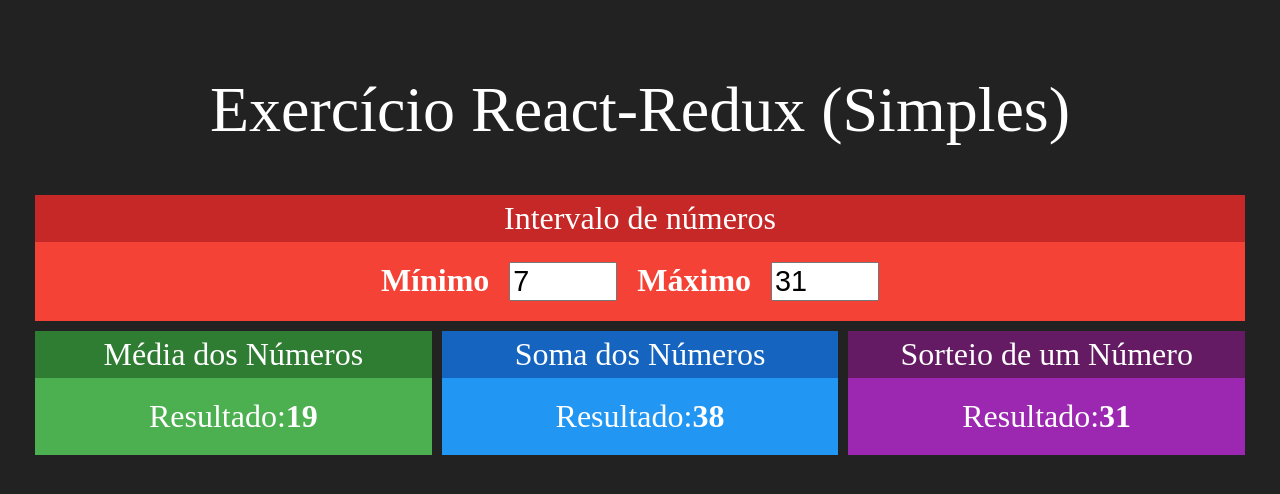
Repository: wellingtondevops/redux-simples
Page: /
An editor plug-in stored every save of this project. The page is shown before and after the next save, followed by the edit.
The browser window is 1280 px wide. The pictures show the whole page.
The project was rebuilt for these pictures with package versions that can differ from the ones it lists, and the page was loaded fresh each time.

Above is the page before, as saved 2020-05-12 11:22:44.

### public/index.html
<!DOCTYPE html>
<html lang="en">
  <head>
    <meta charset="utf-8" />
    <link rel="icon" href="%PUBLIC_URL%/favicon.ico" />
    <meta name="viewport" content="width=device-width, initial-scale=1" />
    <meta name="theme-color" content="#000000" />
    <meta
      name="description"
      content="Web site created using create-react-app"
    />
    <link rel="apple-touch-icon" href="%PUBLIC_URL%/logo192.png" />
    <!--
      manifest.json provides metadata used when your web app is installed on a
      user's mobile device or desktop. See https://developers.google.com/web/fundamentals/web-app-manifest/
    -->
    <link rel="manifest" href="%PUBLIC_URL%/manifest.json" />
    <!--
      Notice the use of %PUBLIC_URL% in the tags above.
      It will be replaced with the URL of the `public` folder during the build.
      Only files inside the `public` folder can be referenced from the HTML.

      Unlike "/favicon.ico" or "favicon.ico", "%PUBLIC_URL%/favicon.ico" will
      work correctly both with client-side routing and a non-root public URL.
      Learn how to configure a non-root public URL by running `npm run build`.
    -->
    <title>Exercicio React-Redux</title>
  </head>
  <body>
    <noscript>You need to enable JavaScript to run this app.</noscript>
    <div id="root"></div>
    <!--
      This HTML file is a template.
      If you open it directly in the browser, you will see an empty page.

      You can add webfonts, meta tags, or analytics to this file.
      The build step will place the bundled scripts into the <body> tag.

      To begin the development, run `npm start` or `yarn start`.
      To create a production bundle, use `npm run build` or `yarn build`.
    -->
  </body>
</html>

### src/index.js
import React from 'react';
import ReactDOM from 'react-dom';
import './index.css';
import App from './App';
import * as serviceWorker from './serviceWorker';

import { Provider } from 'react-redux'
import configStore from './store/storeConfig'


const store = configStore()

ReactDOM.render(
  <Provider store={store}>
    <React.StrictMode>
      <App />
    </React.StrictMode>
  </Provider>,
  document.getElementById('root')
);

// If you want your app to work offline and load faster, you can change
// unregister() to register() below. Note this comes with some pitfalls.
// Learn more about service workers: https://bit.ly/CRA-PWA
serviceWorker.unregister();

### src/index.css
body {
  background-color: #222;
  font-size: 2rem;
  font-family: Oswald;
  color: #FFF;
  margin: 30px;

}

### src/App.js
import React from 'react';
import './App.css';
import Intervalo from './components/Intervalo'
import Media from './components/Media'
import Soma from './components/Soma'
import Sorteio from './components/Sorteio'


function App() {

  return (
    <div className="App">
      <h1>Exercício React-Redux (Simples)</h1>
      <div className="linha">
        <Intervalo></Intervalo>
      </div>
      <div className="linha">
        <Media ></Media>
        <Soma ></Soma>
        <Sorteio></Sorteio>
      </div>
    </div>
  );
}

export default App;

### src/store/storeConfig.js
import { createStore, combineReducers} from 'redux'

const reducers = combineReducers({
    numeros: function(state, action) {
        console.log(state, ' ', action)
        return {
            min: 7,
            max: 31
        }
    }, nomes: function(state, action){
        console.log(state, ' ', action)
        return [
            'Ana',
            'Bia',
            'Carlos'
        ]

    }
})

function storeConfig(){
    return createStore(reducers)
}

export default storeConfig

### src/App.css
.App {
  display: flex;
  flex-direction: column;
  text-align: center;
}

h1 {
  font-weight: 200;
}
.linha{
  display: flex;
}

### src/components/Intervalo.jsx
import './Intervalo.css'
import React from 'react'
import { connect} from 'react-redux'
import Card from './Card'
import { alterNumeroMinimo} from '../store/actions/numeros'

function Intervalo(props) {

    const {min,max} = props
    props.alterarMinimo(10000)

    return (
        <Card title="Intervalo de números" Red>

            <div className="Intervalo">
                <span>
                    <strong>Mínimo</strong>
                    <input type="number" value={min} readOnly />
                </span>
                <span>
                    <strong>Máximo</strong>
                    <input type="number" value={max} readOnly/>
                </span>
            </div>
        </Card>
    )

}

function mapStateToProps(state){
    return {
        min: state.numeros.min,
        max: state.numeros.max
    }
}

function mapActionCreatorsToProp(dispatch){
    return {
        alterarMinimo(novoNumero){
            const action = alterNumeroMinimo(novoNumero)
            dispatch(action)
        }
    }
}

export default connect(mapStateToProps, mapActionCreatorsToProp)(Intervalo)

### src/components/Media.jsx

import React from 'react'
import { connect } from 'react-redux'
import Card from './Card'

function Media(props) {

    const { min, max } = props

    return (
        <Card title="Média dos Números" Green>
            <div>
                <span>
                    <span>Resultado:</span>
                    <strong>{(max + min) / 2}</strong>
                </span>
            </div>
        </Card>
    )
}

function mapStateToProps(state) {
    return {
        min: state.numeros.min,
        max: state.numeros.max
    }
}

export default connect(mapStateToProps)(Media)

### src/components/Soma.jsx

import React from 'react'
import { connect } from 'react-redux'
import Card from './Card'

function Soma(props) {

    const { min, max } = props


    return (
        <Card title="Soma dos Números" Blue>
            <div>
                <span>
                    <span>Resultado:</span>
                    <strong>{min + max}</strong>
                </span>
            </div>
        </Card>
    )

}

function mapStateToProps(state) {
    return {
        min: state.numeros.min,
        max: state.numeros.max
    }
}

export default connect(mapStateToProps)(Soma)

### src/components/Sorteio.jsx

import React from 'react'
import { connect} from 'react-redux'
import Card from './Card'

function Sorteio(props){

    const {min,max} = props
    const aleatório = parseInt(Math.random() * (max + min)) + min

    return (
        <Card title="Sorteio de um Número" Purple>
            <div>
                <span>
                    <span>Resultado:</span>
                    <strong>{aleatório}</strong>
                </span>
            </div>
        </Card>
    )

}

function mapStateToProps(state){
    return {
        min: state.numeros.min,
        max: state.numeros.max
    }
}

export default connect(mapStateToProps)(Sorteio)

### src/components/Intervalo.css
.Intervalo input{
    font-size: 1.8rem;
    margin-left: 20px;
    margin-right: 20px;
    width: 100px;
}

### src/components/Card.jsx
import './Card.css'
import React from 'react'


function getColor(props){

    if(props.Red) return "Red"
    if(props.Green) return "Green"
    if(props.Blue) return "Blue"
    if(props.Purple) return "Purple"
    return ""

}


export default props => {
    return (
        <div className={`Card ${getColor(props)}`}>
            <div className="Header">
                <span className="Title">{props.title}</span>
            </div>
            <div className="Content">
                {props.children}
            </div>
        </div>
    )
}

### src/store/actions/numeros.js
export function alterNumeroMinimo(novoNumero) {
    return {
        type: 'NUM_MIN_ALTERADO',
        payload: novoNumero
    }
}

### src/components/Card.css
.Card{
    flex:1;
    display: flex;
    flex-direction: column;
    margin: 5px;

}

.Card .Header {
    display: flex;
    justify-content: center;

}

.Card .Header .Title {
    flex:1;
    padding: 5px;

}

.Card .Content{
    padding: 20px;
}

.Card.Red .Header{color:#FFF; background-color: #c62828;}
.Card.Red .Content{background-color: #f44336;}


.Card.Green .Header{color:#FFF; background-color: #2e7d32;}
.Card.Green .Content{background-color: #4caf50;}

.Card.Blue .Header{color:#FFF; background-color: #1565c0;}
.Card.Blue .Content{background-color: #2196f3;}

.Card.Purple .Header{color:#FFF; background-color: #641b64;}
.Card.Purple .Content{background-color: #9c27b0;}

Loaded but not shown: src/serviceWorker.js (common file)

After the next save:
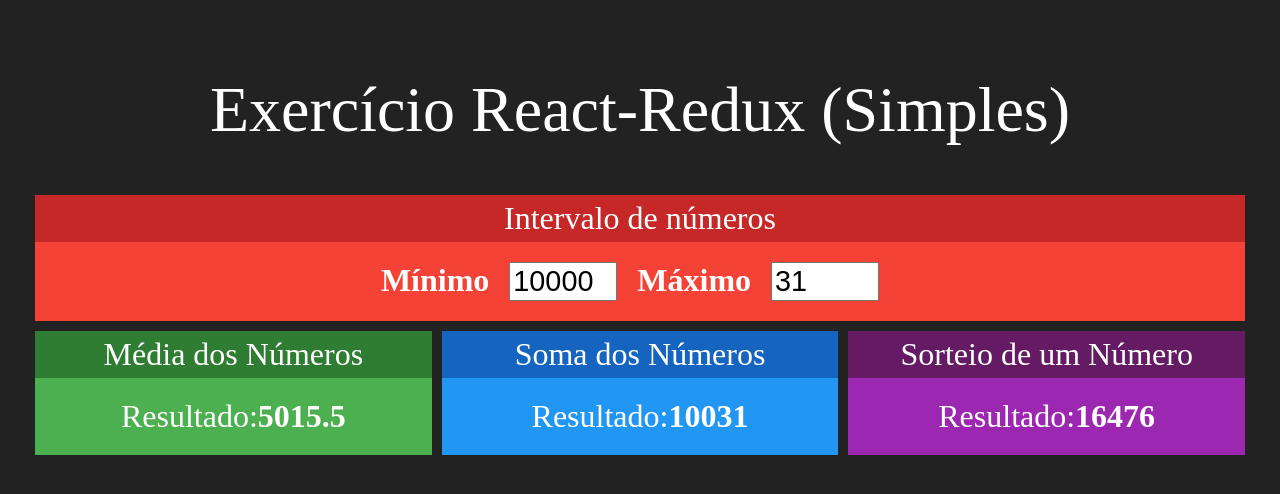
Saved 3 min 49 s later.
--- a/src/store/storeConfig.js
+++ b/src/store/storeConfig.js
@@ -1,13 +1,24 @@
-import { createStore, combineReducers} from 'redux'
+import { createStore, combineReducers } from 'redux'
 
 const reducers = combineReducers({
-    numeros: function(state, action) {
+    numeros: function (state, action) {
         console.log(state, ' ', action)
-        return {
-            min: 7,
-            max: 31
+
+        switch (action.type) {
+            case 'NUM_MIN_ALTERADO':
+                return {
+                    ...state,
+                    min: action.payload
+                }
+            default:
+
+                return {
+                    min: 7,
+                    max: 31
+                }
         }
-    }, nomes: function(state, action){
+
+    }, nomes: function (state, action) {
         console.log(state, ' ', action)
         return [
             'Ana',
@@ -18,7 +29,7 @@ const reducers = combineReducers({
     }
 })
 
-function storeConfig(){
+function storeConfig() {
     return createStore(reducers)
 }
 

After the save that followed:
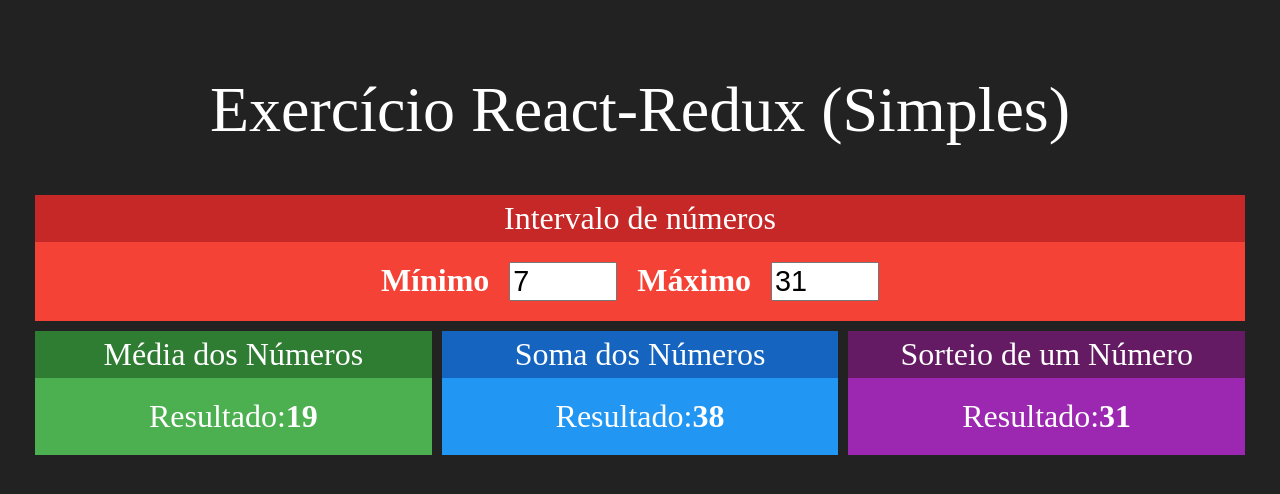
Saved 117 s later.
--- a/src/components/Intervalo.jsx
+++ b/src/components/Intervalo.jsx
@@ -7,7 +7,7 @@ import { alterNumeroMinimo} from '../store/actions/numeros'
 function Intervalo(props) {
 
     const {min,max} = props
-    props.alterarMinimo(10000)
+
 
     return (
         <Card title="Intervalo de números" Red>
@@ -34,7 +34,7 @@ function mapStateToProps(state){
     }
 }
 
-function mapActionCreatorsToProp(dispatch){
+function mapDispatchToProps(dispatch){
     return {
         alterarMinimo(novoNumero){
             const action = alterNumeroMinimo(novoNumero)
@@ -43,4 +43,4 @@ function mapActionCreatorsToProp(dispatch){
     }
 }
 
-export default connect(mapStateToProps, mapActionCreatorsToProp)(Intervalo)
+export default connect(mapStateToProps, mapDispatchToProps)(Intervalo)
